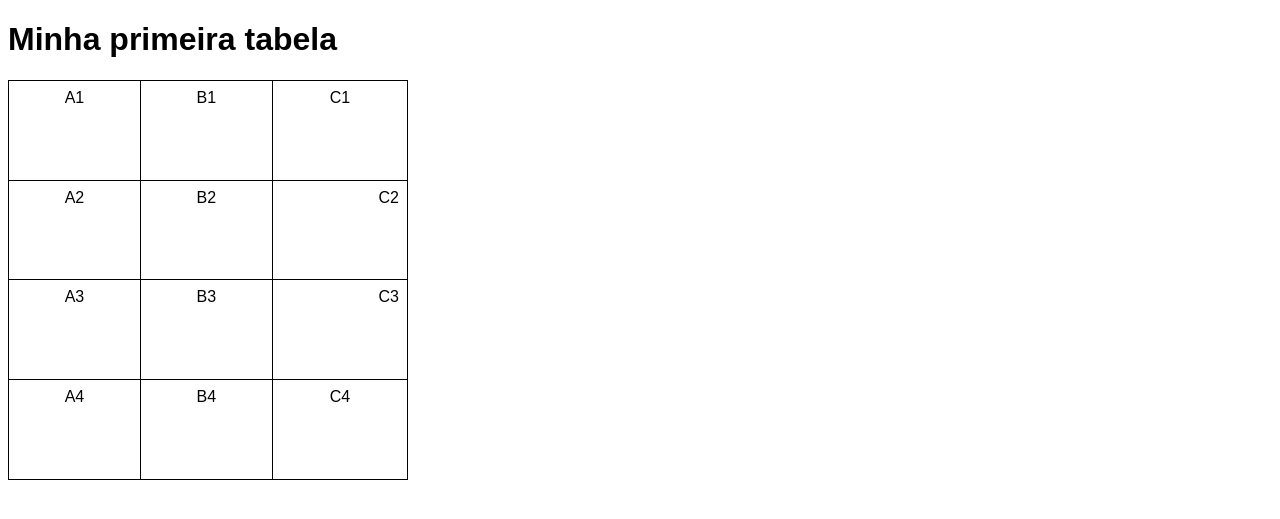
Repository: railsondev/html-css
Page: Módulo3/Exercicios/Ex02 - Tabelas/tabela001.html
These files come from the project's save history. The page is drawn as it stood at one moment and after a run of saves; the edit follows.
The browser window is 1280 px wide. The pictures show the whole page.

Above is the page before, as saved 2024-10-18 16:26:14.

### Módulo3/Exercicios/Ex02 - Tabelas/tabela001.html
<!DOCTYPE html>
<html lang="pt-br">
<head>
  <meta charset="UTF-8">
  <meta name="viewport" content="width=device-width, initial-scale=1.0">
  <title>Tabelas</title>
  <link rel="stylesheet" href="src/css/estilo.css">
</head>
<body>
  <h1>Minha primeira tabela</h1>
  <table>
      <tr>
        <td>A1</td>
        <td>B1</td>
        <td>C1</td>
      </tr>
      <tr>
        <td>A2</td>
        <td>B2</td>
        <td class="numero">C2</td>
      </tr>
      <tr>
        <td>A3</td>
        <td>B3</td>
        <td class="numero">C3</td>
      </tr>
      <tr>
        <td>A4</td>
        <td>B4</td>
        <td>C4</td>
      </tr>
  </table>
</body>
</html>

### Módulo3/Exercicios/Ex02 - Tabelas/src/css/estilo.css
@charset 'UTF-8';

body {
  font-family: Arial, Helvetica, sans-serif;
}

table {
  width: 400px;
  height: 400px;
  border-collapse: collapse;
}
td {
  border: 1px solid black;
  padding: 8px;
  text-align: center;
  vertical-align: top;
}

.numero {
  text-align: right;
}

After the next 3 saves:
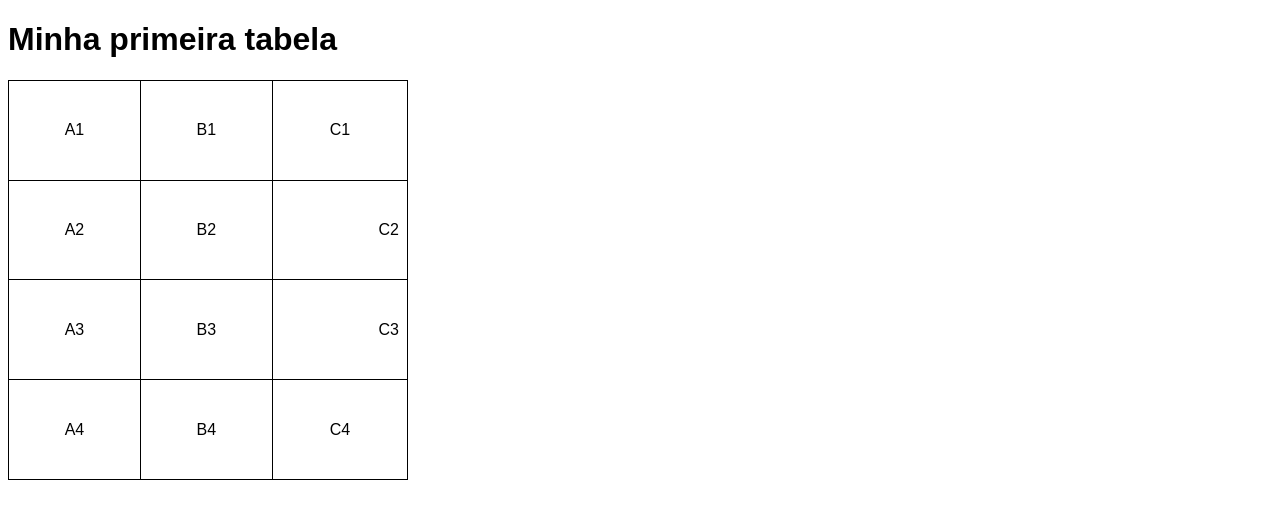
The 3 saves are shown as one change because they came seconds apart.
The last was saved 25 s later.
--- a/Módulo3/Exercicios/Ex02 - Tabelas/src/css/estilo.css
+++ b/Módulo3/Exercicios/Ex02 - Tabelas/src/css/estilo.css
@@ -13,7 +13,7 @@ td {
   border: 1px solid black;
   padding: 8px;
   text-align: center;
-  vertical-align: top;
+  vertical-align: center;
 }
 
 .numero {
